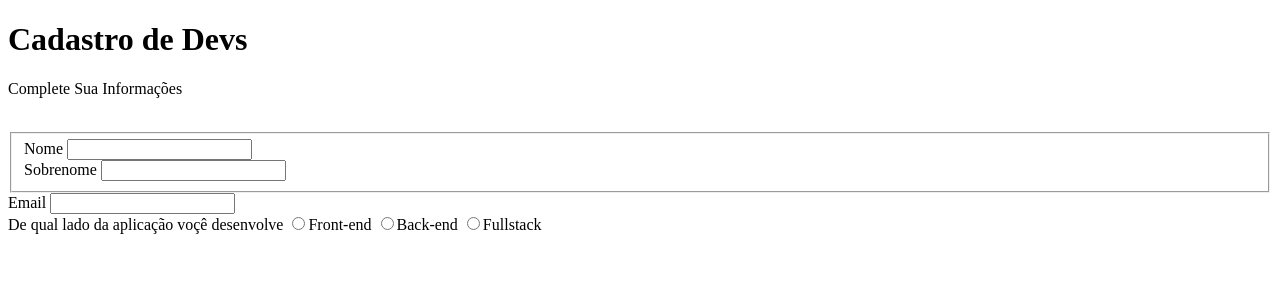
Repository: 2020francesco/formulario
Page: formulario.html
These files come from the project's save history. The page is drawn as it stood at one moment and after a run of saves; the edit follows.
The browser window is 1280 px wide. The pictures show the whole page.

Above is the page before, as saved 2021-04-20 11:49:51.

After the next 2 saves:
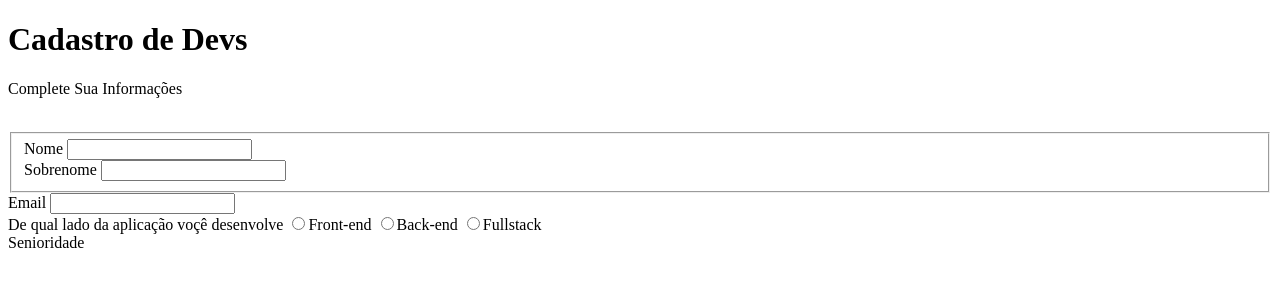
The 2 saves are shown as one change because they came seconds apart.
The last was saved 8 s later.
--- a/formulario.html
+++ b/formulario.html
@@ -48,7 +48,7 @@
       </div>
 
       <div>
-
+        <label>Senioridade</label>
       </div>
     </form>
 
